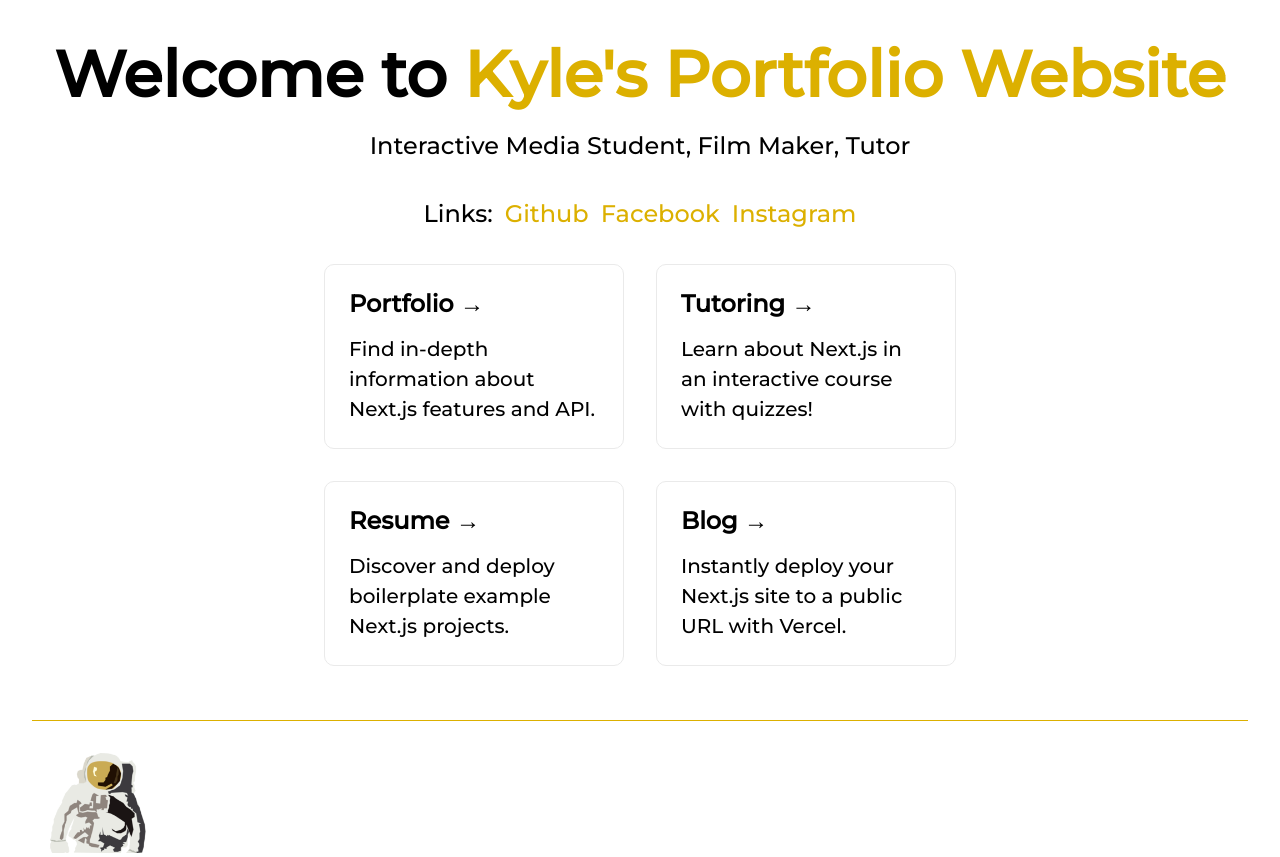
Repository: neomort/CL-portfolio-site
Page: /
These files come from the project's save history. The page is drawn as it stood at one moment and after the next save; the edit follows.
The browser window is 1280 px wide. The pictures show the whole page.
The project was rebuilt for these pictures with package versions that can differ from the ones it lists, and the page was loaded fresh each time. The framework's server and built-in components were replaced by stand-ins that run in the browser. Also part of the build but not shown: next.config.js.

Above is the page before, as saved 2021-12-14 14:53:31.

After the next save:
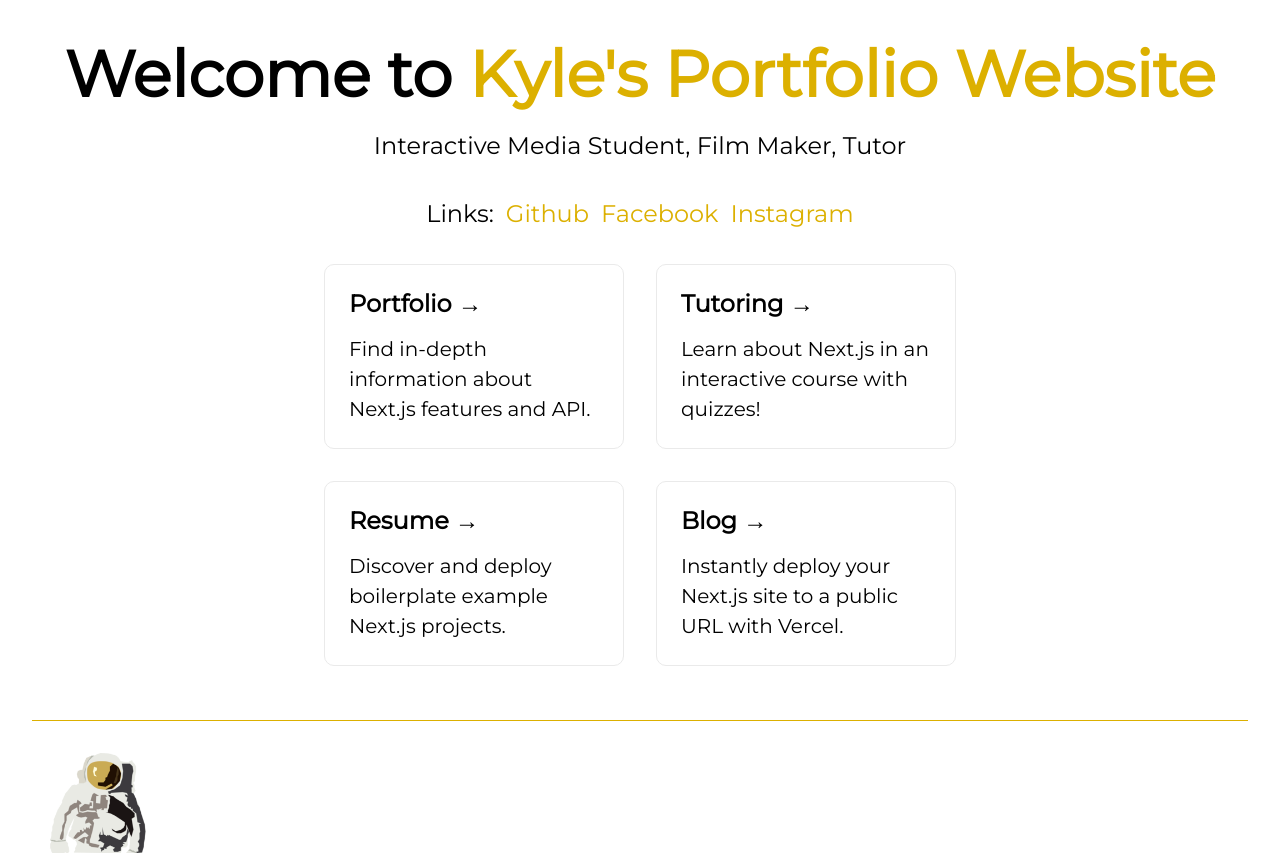
Saved 24 s later.
--- a/pages/_document.js
+++ b/pages/_document.js
@@ -15,7 +15,7 @@ class MyDocument extends Document {
         <meta name="msapplication-TileColor" content="#da532c" />
         <meta name="theme-color" content="#ffffff"></meta>
 
-        <link href="https://fonts.googleapis.com/css2?family=Montserrat:wght@500&display=swap" rel="stylesheet"/>
+        <link href="https://fonts.googleapis.com/css2?family=Montserrat:wght@400&display=swap" rel="stylesheet"/>
         </Head>
 
         <body>
